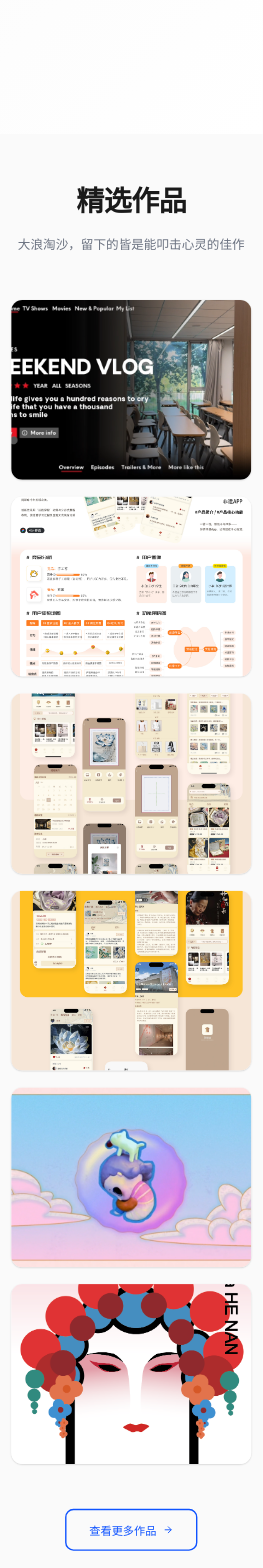
Repository: Nanzhexi/zhexi.github.io
Page: index.html
The author's editor kept a copy of each file at every save. The page is drawn from the files as they stood at one save, then again after the next save.
The browser window is 375 px wide. The pictures show the part of the page from y = 608 to 2848 px (the page is 2888 px tall before and 2790 px after), at 70% of full size.

Above is the page before, as saved 2025-07-03 03:20:42.

After the next save:
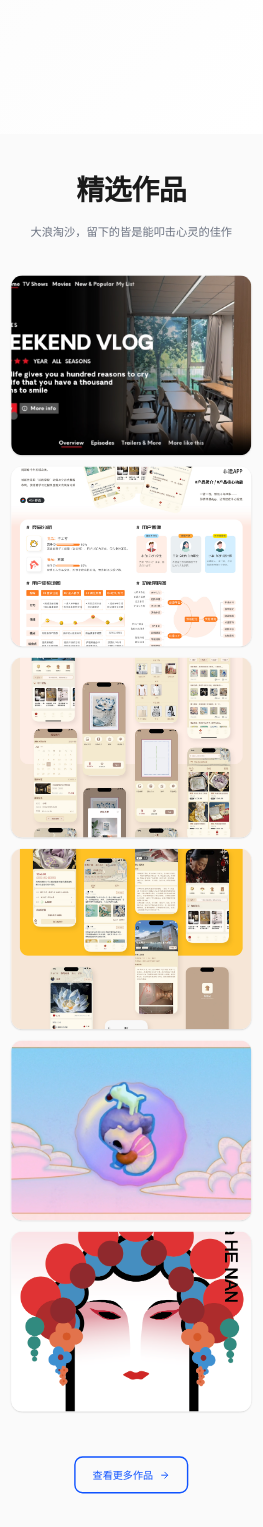
Saved 16 s later.
--- a/css/index.css
+++ b/css/index.css
@@ -419,4 +419,26 @@
     .highlight::after {
         height: 0.25em;
     }
-}
+
+    .portfolio {
+        padding: 3rem 1rem;
+    }
+
+    .portfolio-subtitle {
+        font-size: 1rem;
+        margin-bottom: 3rem;
+    }
+
+    .portfolio-grid {
+        gap: 1rem;
+    }
+
+    .portfolio-overlay {
+        padding: 1rem;
+    }
+
+    .portfolio-button {
+        padding: 0.875rem 1.5rem;
+        font-size: 0.9rem;
+    }
+}
